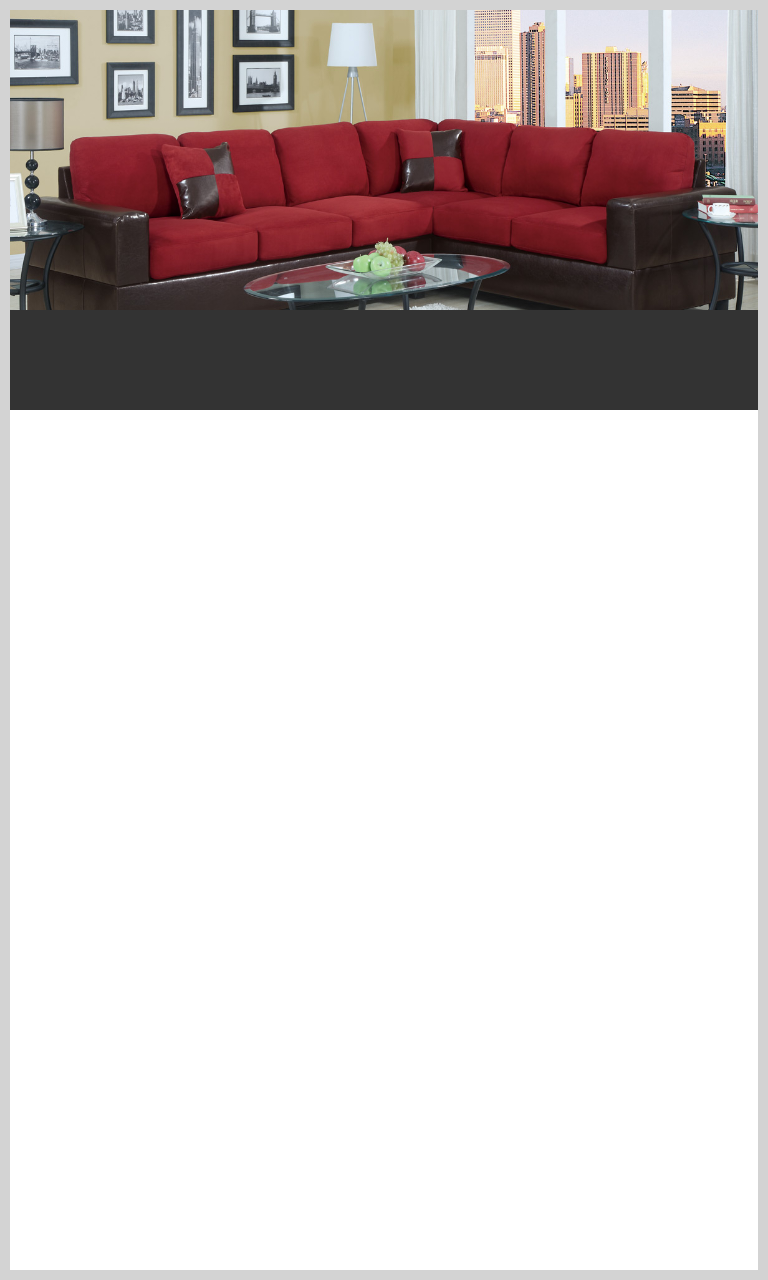
Repository: specialFX16/College-List
Layout: AndroidApp/CollegeList/res/layout/list_view_card.xml
These files come from the project's save history. The layout is drawn as it stood at one moment and after the next save; the edit follows.
It is drawn on a 768 x 1280 px phone screen (xhdpi) without system bars, with theme AppTheme; the app's code is not run.

Above is the layout before, as saved 2015-03-03 02:55:00.

### AndroidApp/CollegeList/res/layout/list_view_card.xml
<?xml version="1.0" encoding="utf-8"?>
<FrameLayout xmlns:android="http://schemas.android.com/apk/res/android"
    android:layout_width="match_parent"
    android:layout_height="match_parent"
    android:paddingLeft="5dp"
    android:paddingRight="5dp"
    android:paddingTop="5dp"
    android:paddingBottom="5dp"
    android:background="#d3d3d3"
    >

    <RelativeLayout
        android:layout_width="match_parent"
        android:layout_height="match_parent"
        android:background="#ffffff"
         >

        <ImageView
            android:id="@+id/main_list_image"
            android:layout_width="match_parent"
            android:layout_height="200dp"
            android:layout_alignParentTop="true"
            android:layout_centerHorizontal="true"
            android:src="@drawable/test_couch5"
            android:adjustViewBounds="true"
            android:scaleType="centerCrop"
            />

        <RelativeLayout
            android:layout_width="match_parent"
            android:layout_height="50dp"
            android:layout_alignBottom="@+id/main_list_image"
            android:background="#333333"

             >

            <TextView
                android:id="@+id/title_of_posting"
                android:layout_width="wrap_content"
                android:layout_height="wrap_parent"
                android:layout_alignParentLeft="true"
                android:layout_centerVertical="true"
                android:text="Name Of Item"
                android:textColor="#ffffff"
                 />

        </RelativeLayout>

    </RelativeLayout>

</FrameLayout>

Loaded but not shown: AndroidApp/CollegeList/res/values/styles.xml (common file); AndroidApp/CollegeList/res/values-v11/styles.xml (common file); AndroidApp/CollegeList/res/values-v14/styles.xml (common file)

After the next save:
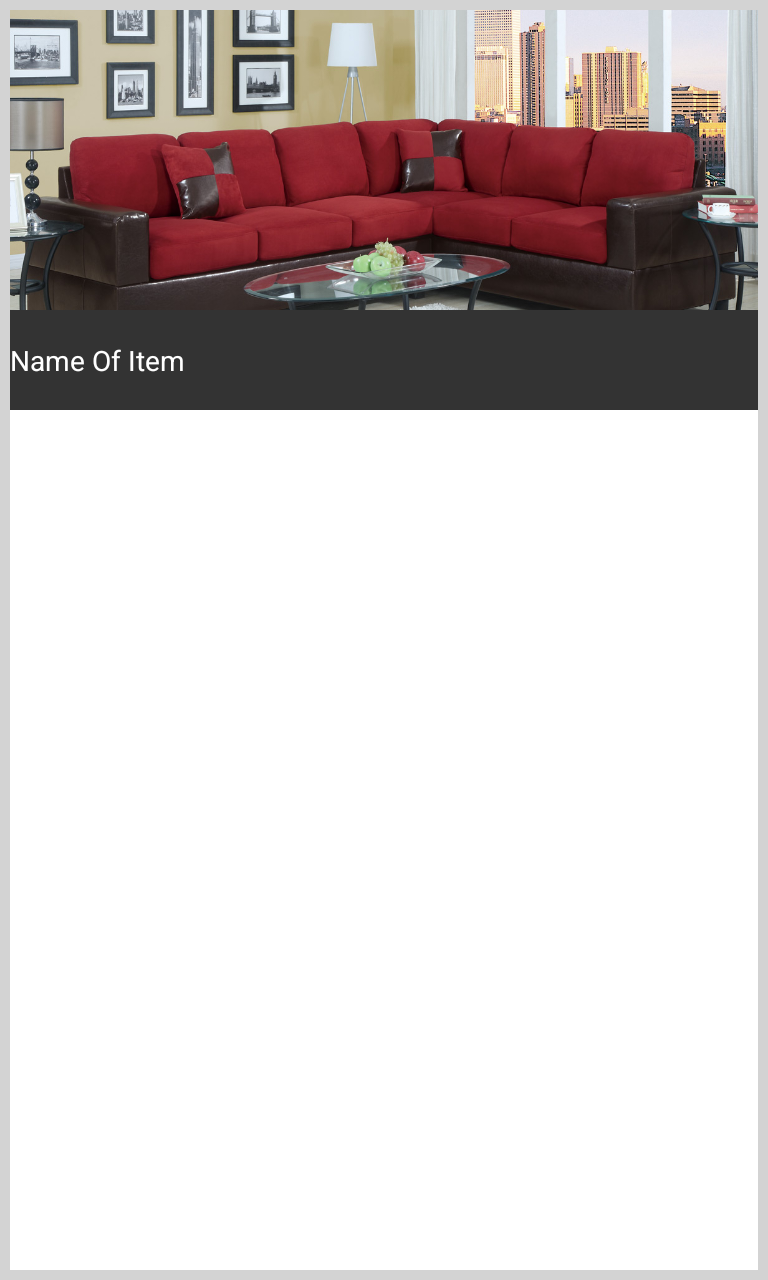
Saved 8 s later.
--- a/AndroidApp/CollegeList/res/layout/list_view_card.xml
+++ b/AndroidApp/CollegeList/res/layout/list_view_card.xml
@@ -37,7 +37,7 @@
             <TextView
                 android:id="@+id/title_of_posting"
                 android:layout_width="wrap_content"
-                android:layout_height="wrap_parent"
+                android:layout_height="wrap_content"
                 android:layout_alignParentLeft="true"
                 android:layout_centerVertical="true"
                 android:text="Name Of Item"
